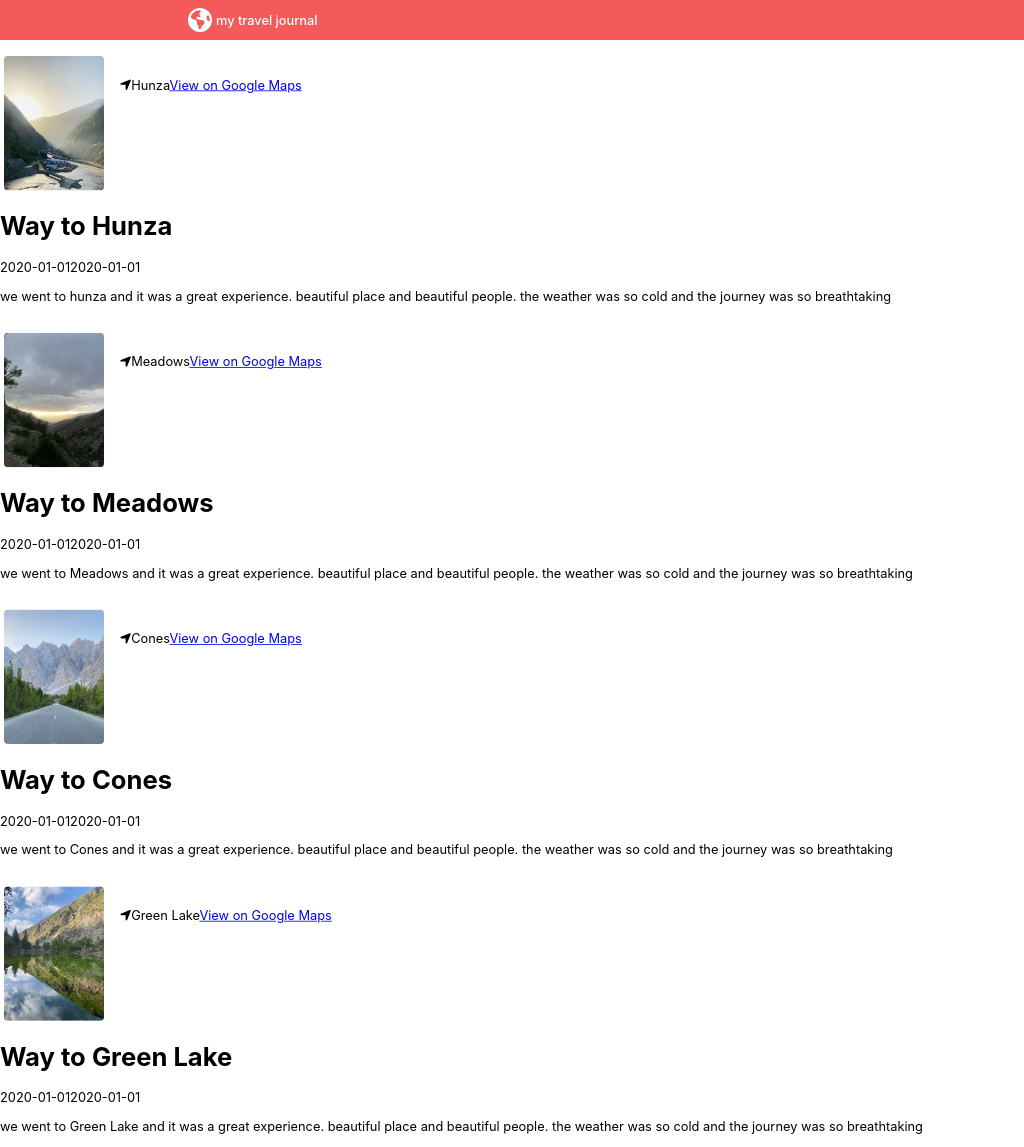
Repository: mortiestmorty1/travel-journal
Page: /
These files come from the project's save history. The page is drawn as it stood at one moment and after the next save; the edit follows.
The browser window is 1280 px wide. The pictures show the whole page, at 80% of full size.
The project was rebuilt for these pictures with package versions that can differ from the ones it lists, and the page was loaded fresh each time.

Above is the page before, as saved 2024-01-17 15:13:57.

### src/index.css
body {
  margin: 0;
  font-family: -apple-system, BlinkMacSystemFont, 'Segoe UI', 'Roboto', 'Oxygen',
    'Ubuntu', 'Cantarell', 'Fira Sans', 'Droid Sans', 'Helvetica Neue',
    sans-serif;
  -webkit-font-smoothing: antialiased;
  -moz-osx-font-smoothing: grayscale;
}

code {
  font-family: source-code-pro, Menlo, Monaco, Consolas, 'Courier New',
    monospace;
}
* {
  box-sizing: border-box;
  }

### src/App.js
import logo from './logo.svg';
import './App.css';
import Navbar from "./components/navbar";
import Data from "./components/data.js";
import Content from "./components/content.js";

function App() {
  const  Memories = Data.map((item) => {
    return<Content
          key={item.id}
          item={item}
    />
  })
  return (
    <div className="App">
      <Navbar />
      {Memories}
    </div>
  );
}

export default App;

### src/App.css
.Nav-container{
    display: flex;
    justify-content: space-between;
    align-items: center;
    background-color: #F55A5A;
    height: 50px;
}
.navbar{
    display: flex;
    justify-content: space-between;
    align-items: center;
    background-color: #F55A5A;
    margin-left: 230px;
}
.title{
  color: azure;
  font-weight: 500;
  margin-left: 5px;
}
.earth{
  width: 30px;
  height: 30px;
  margin-left: 5px;
  color: azure;
}

.image{
  width: 125px;
  height: 168px;
  margin-left: 5px;
  color: azure;
  border-radius: 5px;
  margin-top: 20px;
}
.content-container{
  position: relative;
}
.section1{
  position: absolute;
  left: 150px;
  bottom: 80%;

}

.Title{

}

### src/components/navbar.js
import React from "react";
import { FontAwesomeIcon } from "@fortawesome/react-fontawesome";
import { faEarth } from "@fortawesome/free-solid-svg-icons";
import "../App.css";

function Navbar(){
    return(
        <div className="Nav-container">
            <nav className="navbar">
                <FontAwesomeIcon icon={faEarth} className="earth"></FontAwesomeIcon>
                <span className="title">
                        my travel journal
                </span>
            </nav>
        </div>
    )
}
export default Navbar;

### src/components/data.js
import Hunza from "./way-to-hunza.jpeg";
import Meadows from "./way-to-meadows.jpeg";
import Cones from "./cones.jpeg";
import Glake from "./green-lake.jpeg";

export default [
    {
        id:1,
        img: Hunza,
        location: "Hunza",
        googlelink: "https://www.google.com/maps/place/Hunza+Valley,+Gilgit-Baltistan,+Pakistan/",
        Title: "Way to Hunza",
        datestart:"2020-01-01",
        dateend: "2020-01-01",
        description:"we went to hunza and it was a great experience. beautiful place and beautiful people. the weather was so cold and the journey was so breathtaking"
    }
    ,
    {
        id:2,
        img: Meadows,
        location: "Meadows",
        googlelink: "https://www.google.com/maps/place/Meadows,+Gilgit-Baltistan,+Pakistan/",
        Title: "Way to Meadows",
        datestart:"2020-01-01",
        dateend: "2020-01-01",
        description:"we went to Meadows and it was a great experience. beautiful place and beautiful people. the weather was so cold and the journey was so breathtaking"
    }
    ,
    {
        id:3,
        img: Cones,
        location: "Cones",
        googlelink: "https://www.google.com/maps/place/Cones,+Gilgit-Baltistan,+Pakistan/",
        Title: "Way to Cones",
        datestart:"2020-01-01",
        dateend: "2020-01-01",
        description:"we went to Cones and it was a great experience. beautiful place and beautiful people. the weather was so cold and the journey was so breathtaking"
    }
    ,
    {
        id:4,
        img: Glake,
        location: "Green Lake",
        googlelink: "https://www.google.com/maps/place/Green+Lake,+Gilgit-Baltistan,+Pakistan/",
        Title: "Way to Green Lake",
        datestart:"2020-01-01",
        dateend: "2020-01-01",
        description:"we went to Green Lake and it was a great experience. beautiful place and beautiful people. the weather was so cold and the journey was so breathtaking"
    }
]

### src/components/content.js
import React from "react";
import { FontAwesomeIcon } from "@fortawesome/react-fontawesome";
import { faLocationArrow } from "@fortawesome/free-solid-svg-icons";
import "../App.css";
function Content(props){

    return(
        <div className="content-container">
            <img className="image" src={props.item.img}>
            </img>
            <div className="section1">
                <FontAwesomeIcon icon={faLocationArrow} className="Location"></FontAwesomeIcon>
                <span className="location">
                    {props.item.location}
                </span>
                <a href={props.item.googlelink}>View on Google Maps</a>
            </div>
            <h1 className="Title">{props.item.Title}</h1>
            <span className="date-start">{props.item.datestart}</span>
            <span className="date-end">{props.item.dateend}</span>
            <p className="description">{props.item.description}</p>
        </div>
    )
}

export default Content;

Loaded but not shown: public/index.html (common file); src/index.js (common file); src/reportWebVitals.js (common file)

After the next save:
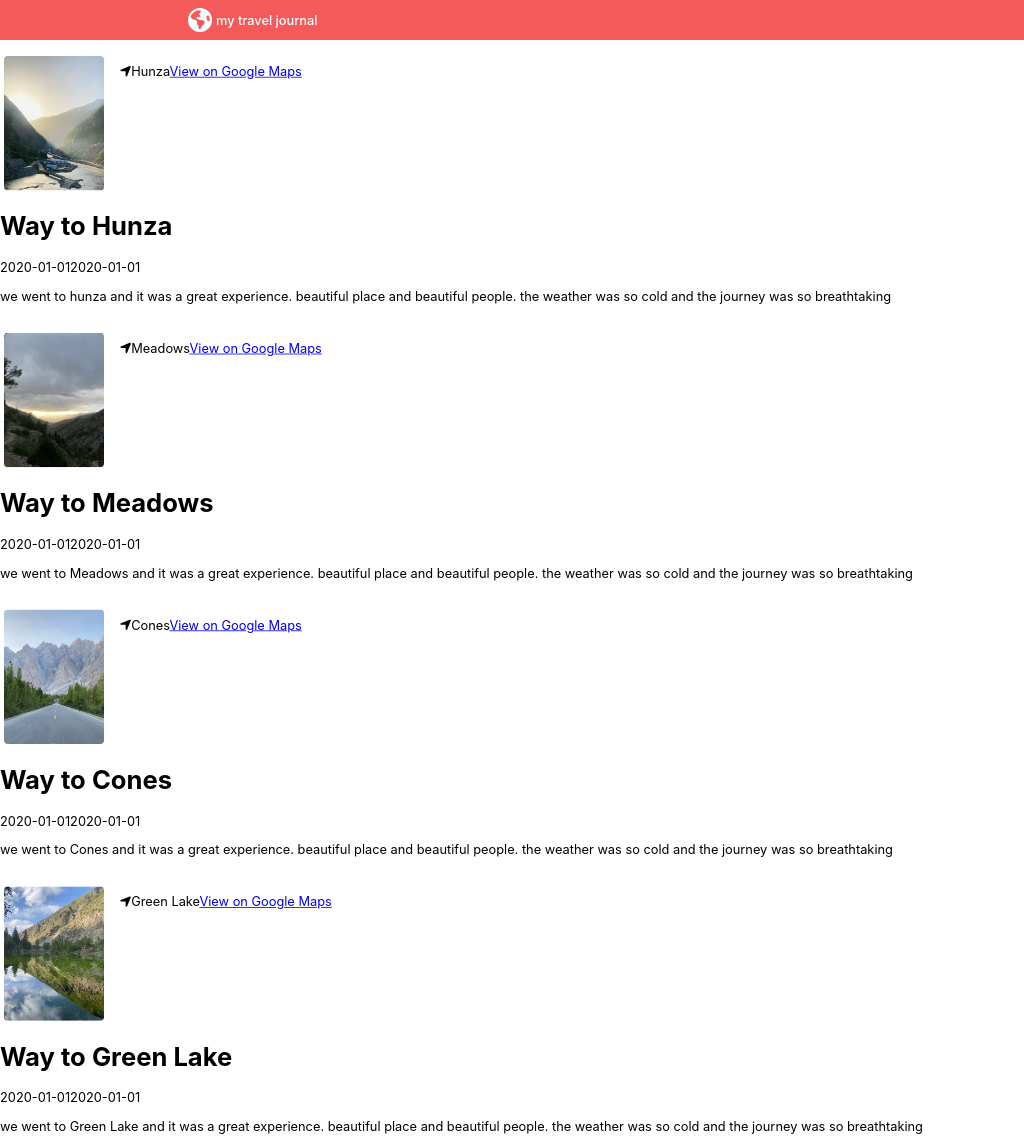
Saved 7 s later.
--- a/src/App.css
+++ b/src/App.css
@@ -38,7 +38,7 @@
 .section1{
   position: absolute;
   left: 150px;
-  bottom: 80%;
+  bottom: 85%;
 
 }
 
